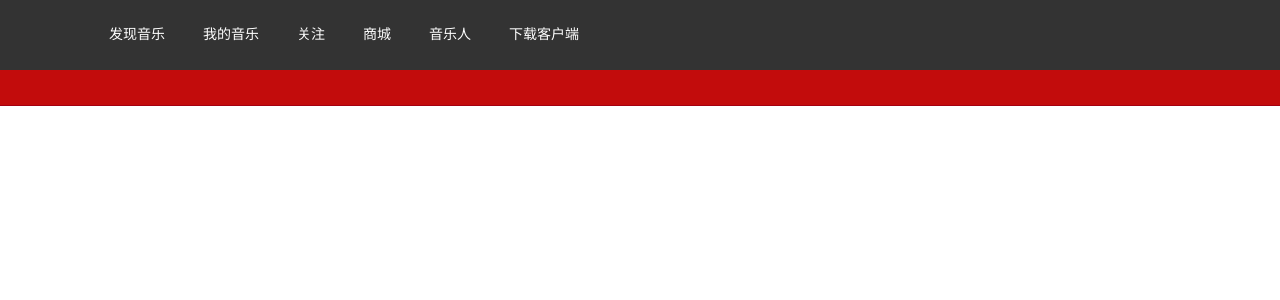
Repository: xtcgjk/-
Page: /
An editor plug-in stored every save of this project. The page is shown before and after the next save, followed by the edit.
The browser window is 1280 px wide. The pictures show the whole page.
The project was rebuilt for these pictures with package versions that can differ from the ones it lists, and the page was loaded fresh each time.

Above is the page before, as saved 2022-02-23 16:02:50.

After the next save:
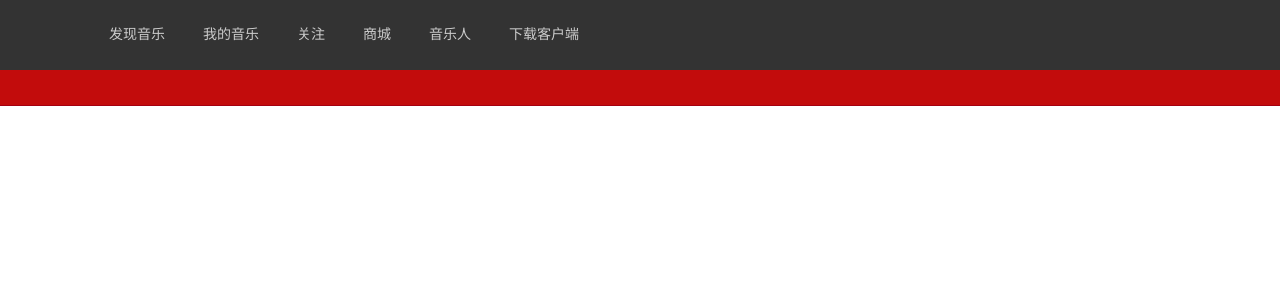
Saved 67 s later.
--- a/src/components/header/index.vue
+++ b/src/components/header/index.vue
@@ -31,7 +31,7 @@ export default {
 }
 a {
   text-decoration: none;
-  color: white;
+  color: #ccc;
   font-style: normal;
   font-size: 14px;
   height: 70px;
